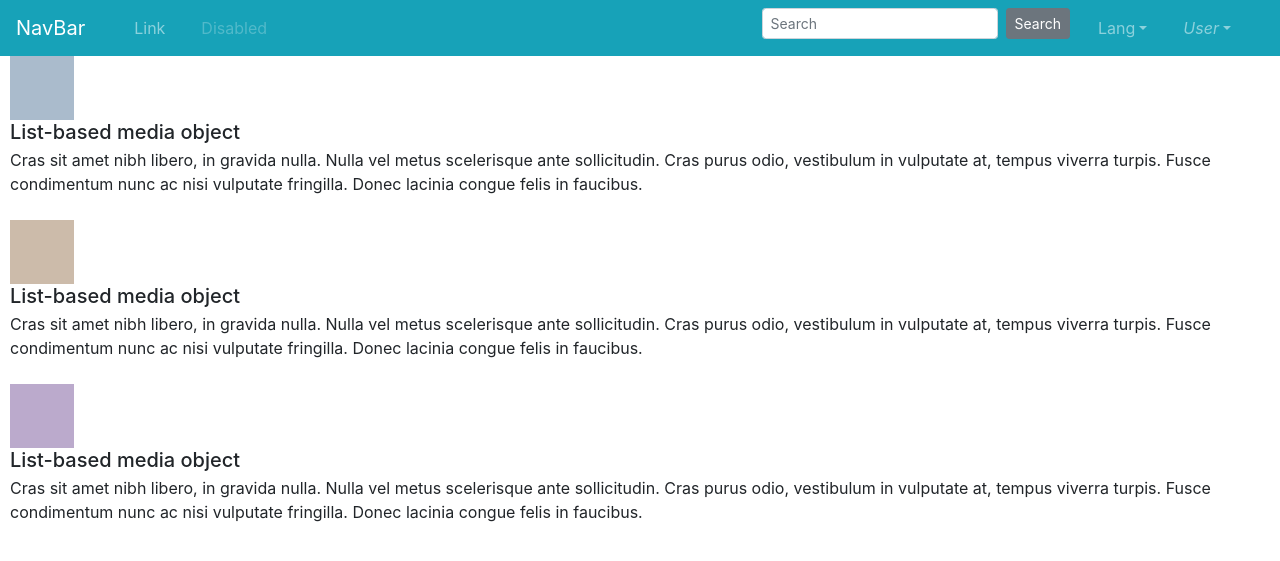
Repository: Funnyrz/vue-nav
Page: /
The author's editor kept a copy of each file at every save. The page is drawn from the files as they stood at one save, then again after a run of saves.
The browser window is 1280 px wide. The pictures show the whole page.
The project was rebuilt for these pictures with package versions that can differ from the ones it lists, and the page was loaded fresh each time.

Above is the page before, as saved 2020-08-24 22:47:02.

After the next 3 saves:
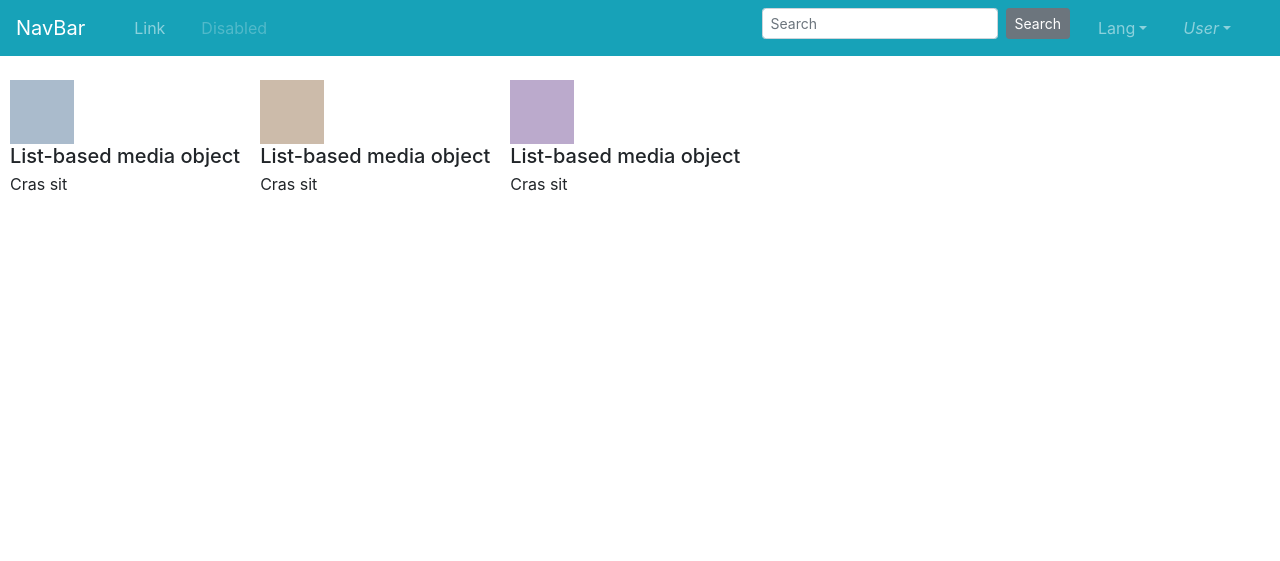
The 3 saves are shown as one change because they came seconds apart.
The last was saved 9 s later.
--- a/src/components/HelloWorld.vue
+++ b/src/components/HelloWorld.vue
@@ -46,11 +46,7 @@
               <b-img blank blank-color="#abc" width="64" alt="placeholder"></b-img>
             </template>
             <h5 class="mt-0 mb-1">List-based media object</h5>
-            <p class="mb-0">
-              Cras sit amet nibh libero, in gravida nulla. Nulla vel metus scelerisque ante sollicitudin.
-              Cras purus odio, vestibulum in vulputate at, tempus viverra turpis. Fusce condimentum nunc
-              ac nisi vulputate fringilla. Donec lacinia congue felis in faucibus.
-            </p>
+            <p class="mb-0">Cras sit</p>
           </b-media>
 
           <b-media tag="li" class="my-4">
@@ -59,11 +55,7 @@
             </template>
 
             <h5 class="mt-0 mb-1">List-based media object</h5>
-            <p class="mb-0">
-              Cras sit amet nibh libero, in gravida nulla. Nulla vel metus scelerisque ante sollicitudin.
-              Cras purus odio, vestibulum in vulputate at, tempus viverra turpis. Fusce condimentum nunc
-              ac nisi vulputate fringilla. Donec lacinia congue felis in faucibus.
-            </p>
+            <p class="mb-0">Cras sit</p>
           </b-media>
 
           <b-media tag="li">
@@ -72,11 +64,7 @@
             </template>
 
             <h5 class="mt-0 mb-1">List-based media object</h5>
-            <p class="mb-0">
-              Cras sit amet nibh libero, in gravida nulla. Nulla vel metus scelerisque ante sollicitudin.
-              Cras purus odio, vestibulum in vulputate at, tempus viverra turpis. Fusce condimentum nunc
-              ac nisi vulputate fringilla. Donec lacinia congue felis in faucibus.
-            </p>
+            <p class="mb-0">Cras sit</p>
           </b-media>
         </ul>
       </div>
